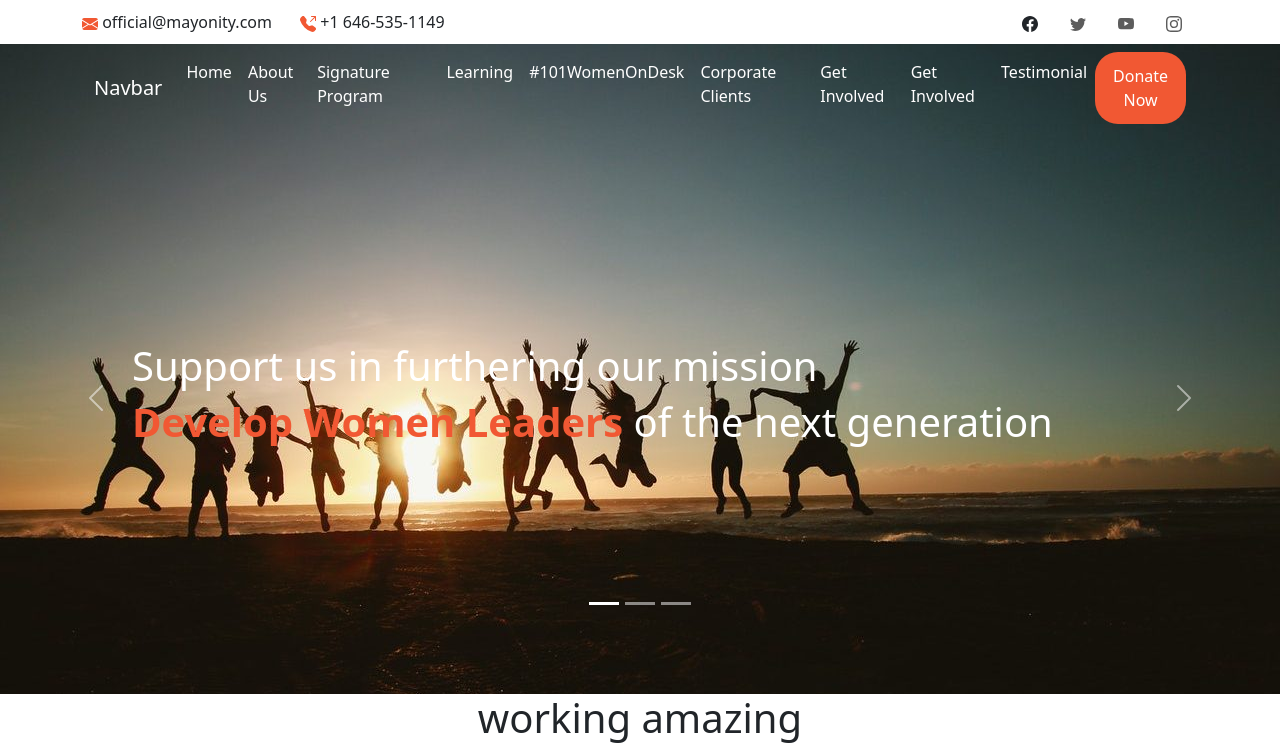
Repository: rizwan-zafar/wings
Page: /
An editor plug-in stored every save of this project. The page is shown before and after the next save, followed by the edit.
The browser window is 1280 px wide. The pictures show the whole page.
The project was rebuilt for these pictures with package versions that can differ from the ones it lists, and the page was loaded fresh each time.

Above is the page before, as saved 2022-11-27 11:02:35.

After the next save:
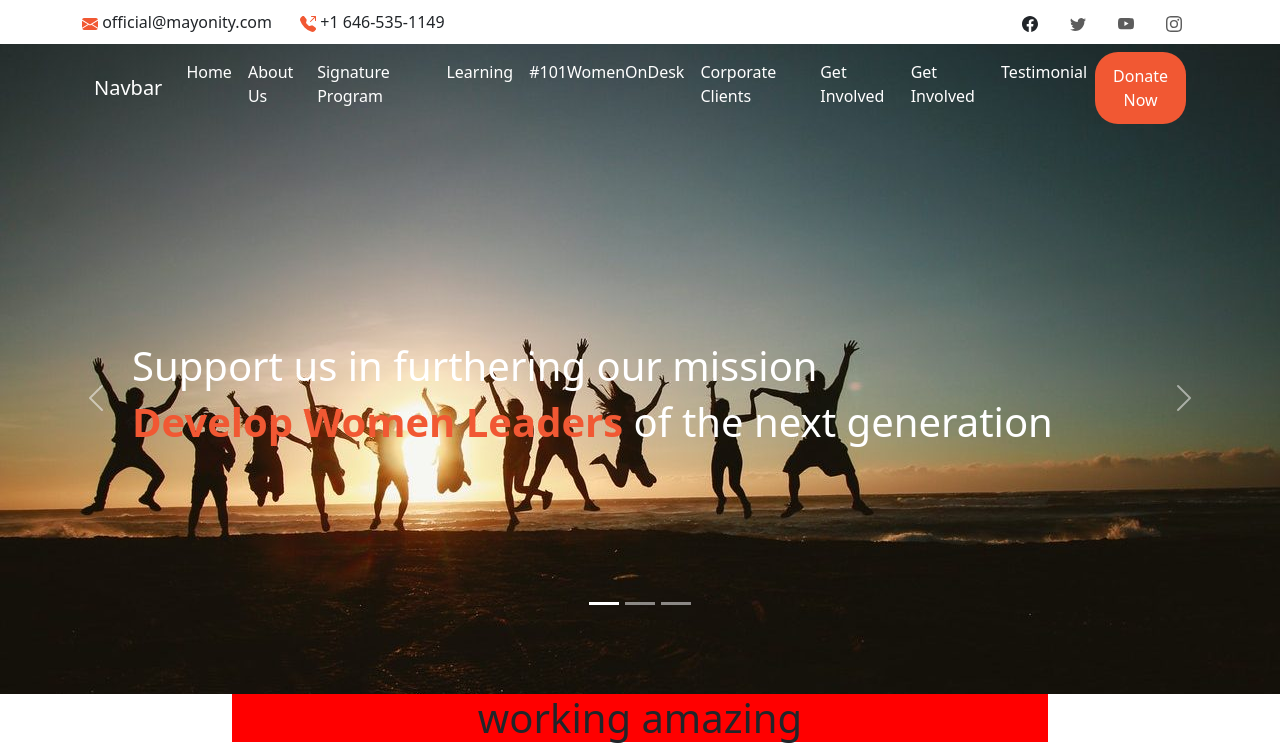
Saved 15 s later.
--- a/src/Css/Slider.css
+++ b/src/Css/Slider.css
@@ -26,7 +26,7 @@
 {
     color:#f15833
 }
-.set-slider .custom-container{
+.custom-slider-container{
     background: red;
     margin-left: 150px;
     margin-right: 150px

After the save that followed:
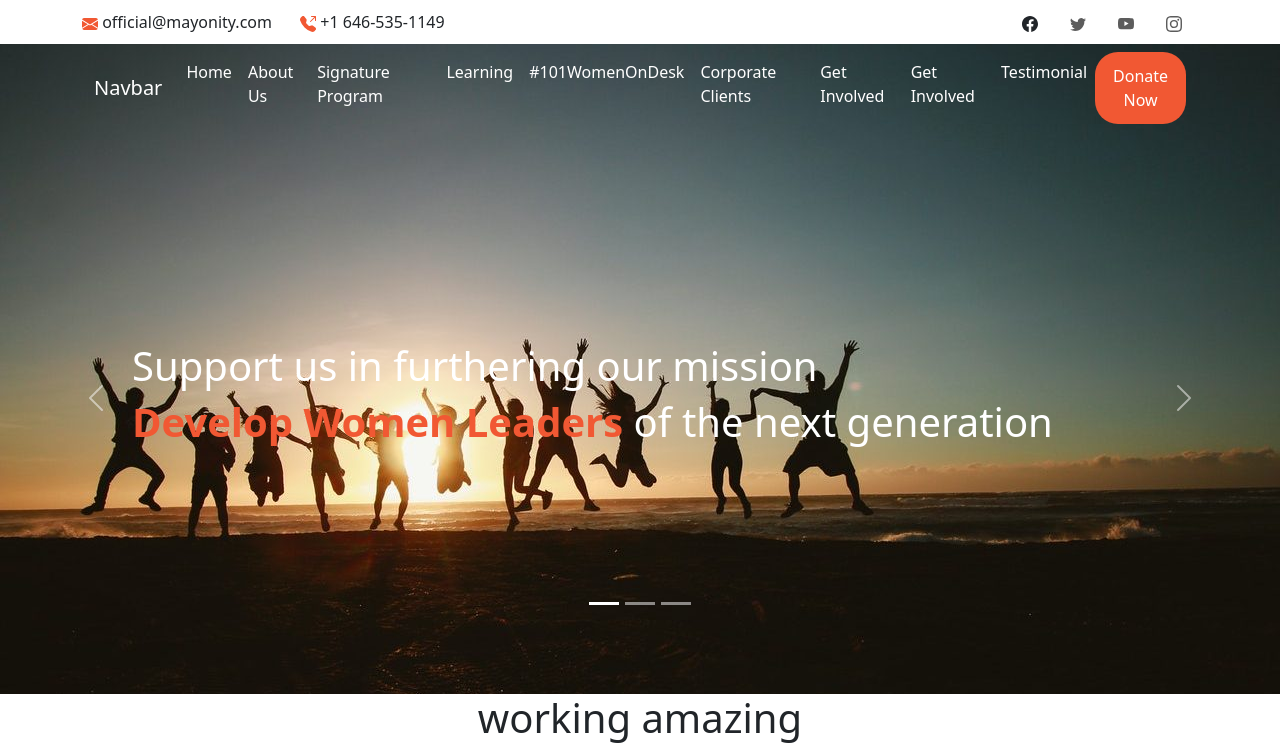
Saved 57 s later.
--- a/src/Components/Slider.js
+++ b/src/Components/Slider.js
@@ -34,7 +34,7 @@ export default function Slider() {
             </div>
 
             <div className="container text-center">
-                <div className="custom-slider-container">
+                <div className="container">
                     <h1>working amazing</h1>
                 </div>
             </div>
